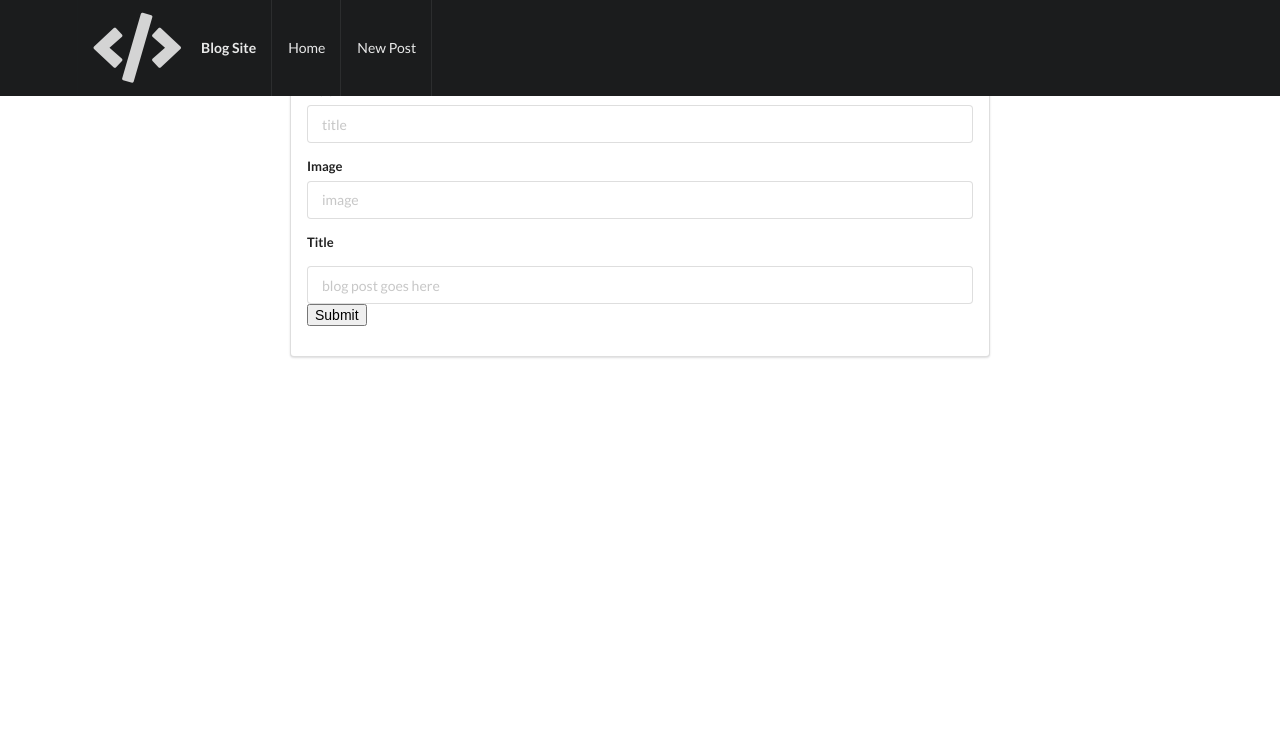
Repository: Nafeek30/WebProjects
Page: http://localhost/blogs/new
The author's editor kept a record of every edit. The page is drawn from the files as they stood at one moment, then again after the next edit.
The browser window is 1280 px wide. The pictures show the whole page.
The page is served by the project's Node server (RESTfulBlogApp/app.js).

Above is the page before.

### Cloud 9 projects/RESTfulBlogApp/views/new.ejs
<!--NEW = this is the form page to creates a new blog post-->

<% include ./partials/header %>
<div class="ui main text container segment">
    <div class="ui huge header">New Blog</div>
    <form class="ui form" action="/blogs" method="POST">
        <div class="field">
            <label>Title</label>
            <input type="text" name="blog[title]" placeholder="title">
        </div>
        <div class="field">
            <label>Image</label>
            <input type="text" name="blog[image]" placeholder="image">
        </div>
        <div class="field">
            <label>Title</label>
        </div>
        <input type="text" name="blog[body]" placeholder="blog post goes here">
        <input type="submit">
    </form>
</div>



<% include ./partials/footer %>

### Cloud 9 projects/RESTfulBlogApp/views/partials/header.ejs
<html>
    <head>
        <title>Blog App</title>
        <link rel="stylesheet" type="text/css" href="https://cdnjs.cloudflare.com/ajax/libs/semantic-ui/2.4.1/semantic.min.css">
        <link rel="stylesheet" type="text/css" href="/stylesheets/app.css">
    </head>
    <body>
        <!--creating an inverted NAVBAR -->
        <div class="ui fixed inverted menu">
            <div class="ui container">
                <div class="header item"><i class="code icon"></i>Blog Site</div>
                <a href="/" class="item">Home</a>
                <a href="/blogs/new" class="item">New Post</a>
            </div>
        </div>

### Cloud 9 projects/RESTfulBlogApp/app.js
var express = require("express"),
bodyParser = require("body-parser"),
methodOverride = require("method-override"), //using method override to override for put and delete requests
mongoose = require("mongoose"),
app = express();

// APP CONFIG
mongoose.connect("mongodb://localhost:27017/restful_blog_app", { useNewUrlParser: true });
app.set("view engine", "ejs");
app.use(express.static("public")); //so we can serve our custom stylesheet when we get to that
app.use(bodyParser.urlencoded({extended: true}));
app.use(methodOverride("_method")); //tell our program to use method override and look for the _method keyword in queries to do its work


// MONGOOSE/MODEL/CONFIG
var blogSchema = new mongoose.Schema({
    // Our blog will have a title, image, body and a date
   title: String,
   image: String,
   body: String,
   created: {
       type: Date,
       default: Date.now
   } //created should be a date and the date should be when the blog was created (automatically gets it); can do this for any other attributes as well like image has a default imge if user didn't type anything in
});

var Blog = mongoose.model("Blog", blogSchema);

// Blog.create({
//   title: "Test Blog",
//   image: "https://images.hellogiggles.com/uploads/2016/10/24032646/minions-universal-pictures.jpg",
//   body: "Hello, this is a blog post!"
// });


// RESTFUL ROUTES

app.get("/", function(req, res) {
    res.redirect("/blogs");
});

//INDEX ROUTE - shows all blogs
app.get("/blogs", function(req, res){
   Blog.find({}, function(err, blogs){
       if(err){
           console.log("ERROR!")
       } else {
           res.render("index", {blogs: blogs});
       }
   }) ;
});

//NEW ROUTE - form to create new blog post
app.get("/blogs/new", function(req, res) {
    res.render("new");
});


//CREATE ROUTE - adds nnew blog to DB and redirects to /blogs page to show all blogs including the new one
app.post("/blogs", function(req, res){
   //create blog
   Blog.create(req.body.blog, function(err, newBlog){
      if(err){
          //reload the page
          res.render("new");
      } else {
          //then, redirect to the index
          res.redirect("/blogs");
      }
   });
});


//SHOW ROUTE - show more info about just one blog
app.get("/blogs/:id", function(req, res) {
    // how to get the id in the url right above
    Blog.findById(req.params.id, function(err, foundBlog){
       if(err) {
           res.redirect("/blogs");
       } else {
           res.render("show", {blog: foundBlog});
       }
    });
});

//EDIT ROUTE - show edit form for one blog
app.get("/blogs/:id/edit", function(req, res) {
    //find the blog to edit by its id and load its already existing contents in the for to edit
    Blog.findById(req.params.id, function(err, foundBlog){
       if(err){
           res.redirect("/blogs");
       } else {
           res.render("edit", {blog: foundBlog});
       }
    });
});


//UPDATE ROUTE - updates a particular blog then redirects to SHOW page to show that blog
app.put("/blogs/:id", function(req, res){
//find the blog that the user selected and update it - takes 3 params - id, newData (here blog becasue it has all the contents of the blog), callback function
   Blog.findByIdAndUpdate(req.params.id, req.body.blog, function(err, updatedBlog){
       if(err) {
           res.render("/blogs");
       } else {
           res.redirect("/blogs/" + req.params.id); //takes you to the show page of the id
       }
   });
});

//DELETE ROUTE - deletes the selected blog then redirects to INDEX page to display all blogs remaining
app.delete("/blogs/:id", function(req, res){
   //destroy blog
   Blog.findByIdAndRemove(req.params.id, function(err){
      if(err) {
          res.redirect("/blogs");
      } else {
          res.redirect("/blogs");
      }
   });
   //redirect somewhere
});


app.listen(process.env.PORT, process.env.IP, function(){
   console.log("SERVER IS RUNNING");
});

### Cloud 9 projects/RESTfulBlogApp/public/stylesheets/app.css
/* selecting all icons that has a class of icon */
i.icon {
    /*Double the size of the parent*/
    font-size: 5.0em;
}

.container {

}

Loaded but not shown: Cloud 9 projects/RESTfulBlogApp/views/partials/footer.ejs (common file)

After the next edit:
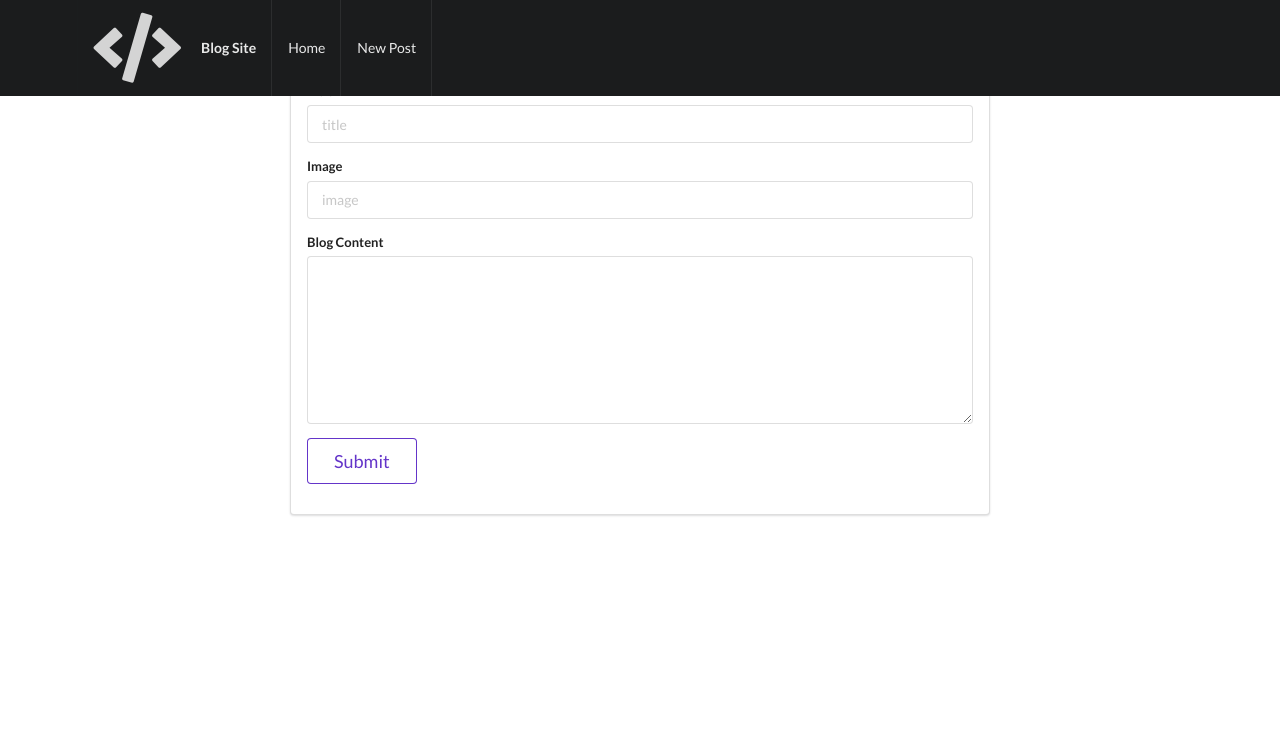
The edit:
--- a/Cloud 9 projects/RESTfulBlogApp/views/new.ejs
+++ b/Cloud 9 projects/RESTfulBlogApp/views/new.ejs
@@ -13,10 +13,10 @@
             <input type="text" name="blog[image]" placeholder="image">
         </div>
         <div class="field">
-            <label>Title</label>
+            <label>Blog Content</label>
+            <textarea name="blog[body]"></textarea>
         </div>
-        <input type="text" name="blog[body]" placeholder="blog post goes here">
-        <input type="submit">
+        <input class="ui violet big basic button" type="submit">
     </form>
 </div>
 
